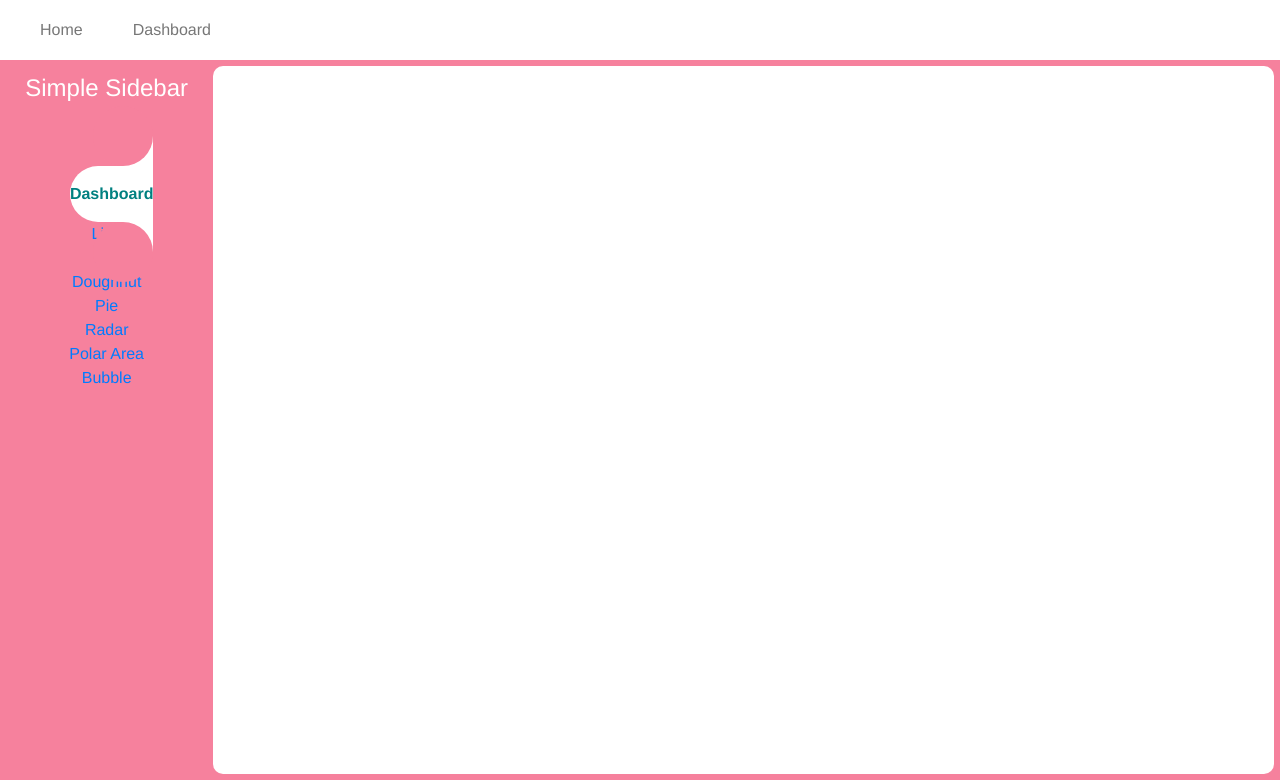
Repository: nashthecoder/vue_learn
Page: /dashboard (app in client/)
The author's editor kept a copy of each file at every save. The page is drawn from the files as they stood at one save, then again after the next save.
The browser window is 1280 px wide. The pictures show the whole page.
The project was rebuilt for these pictures with package versions that can differ from the ones it lists, and the page was loaded fresh each time. Imported but missing from the stored project, and not drawn on this page: client/src/views/Home.vue.

Above is the page before, as saved 2020-12-25 01:19:05.

After the next save:
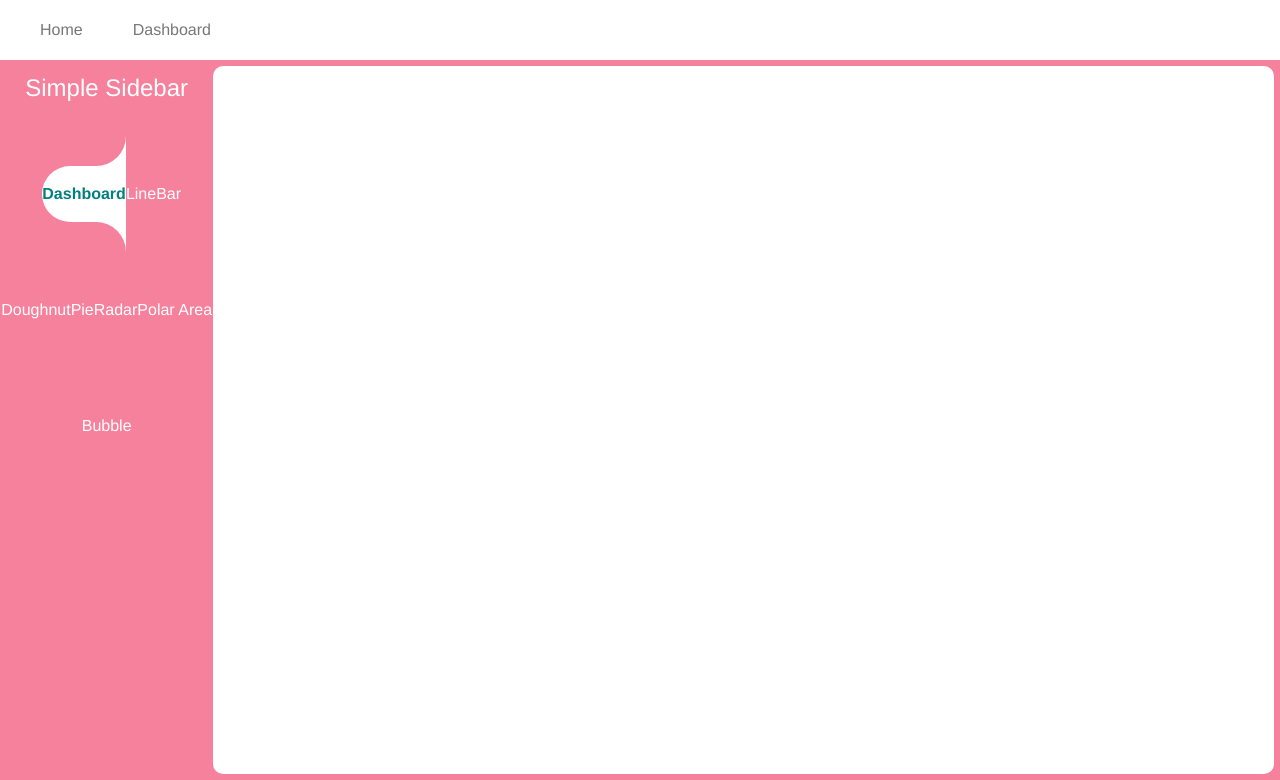
Saved 55 s later.
--- a/client/src/components/Sidebar.vue
+++ b/client/src/components/Sidebar.vue
@@ -9,37 +9,37 @@
           Dashboard
         </div>
       </router-link>
-      <router-link to="/line">
+      <router-link to="/line" active-class="active" tag="button" exact class="side-btn">
         <div class="link-container">
           Line
         </div>
       </router-link>
-      <router-link to="/bar">
+      <router-link to="/bar" active-class="active" tag="button" exact class="side-btn">
         <div class="link-container">
           Bar
         </div>
       </router-link>
-      <router-link to="/doughnut">
+      <router-link to="/doughnut" active-class="active" tag="button" exact class="side-btn">
         <div class="link-container">
           Doughnut
         </div>
       </router-link>
-      <router-link to="/pie">
+      <router-link to="/pie" active-class="active" tag="button" exact class="side-btn">
         <div class="link-container">
           Pie
         </div>
       </router-link>
-      <router-link to="/radar">
+      <router-link to="/radar" active-class="active" tag="button" exact class="side-btn">
         <div class="link-container">
           Radar
         </div>
       </router-link>
-      <router-link to="/polar-area">
+      <router-link to="/polar-area" active-class="active" tag="button" exact class="side-btn">
         <div class="link-container">
           Polar Area
         </div>
       </router-link>
-      <router-link to="/bubble">
+      <router-link to="/bubble" active-class="active" tag="button" exact class="side-btn">
         <div class="link-container">
           Bubble
         </div>
